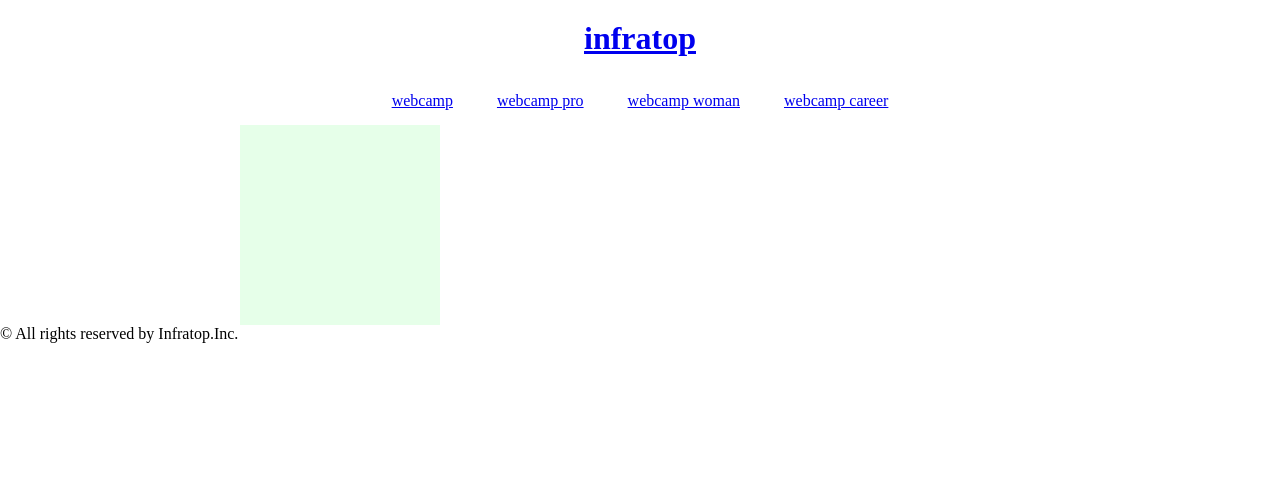
Repository: achoko3/Practice-problem
Page: chapter4/chapter4.html
The author's editor kept a record of every edit. The page is drawn from the files as they stood at one moment, then again after the next edit.
The browser window is 1280 px wide. The pictures show the whole page.

Above is the page before.

### chapter4/chapter4.html
<!DOCTYPE html>
<html lang="ja">
  <head>
    <meta charset="UTF-8" />
    <!-- CSSファイルの読み込み -->
    <link rel="stylesheet" href="chapter4.css" />
    <title>chapter4</title>
  </head>

  <body>
    <header>
      <h1><a href="http://infratop.jp/">infratop</a></h1>
    </header>
    <nav>
      <ul class="nav-list">
        <li class="nav-list-item">
         <a href="http://web-camp.io/" >webcamp</a>
        </li>
        <li class="nav-list-item">
          <a href="http://web-camp.io/pro/" >webcamp pro</a>
        </li>
        <li class="nav-list-item">
          <a href="http://web-camp.io/woman/" >webcamp woman</a>
        </li>
        <li class="nav-list-item">
          <a href="http://web-camp.io/career/" >webcamp career</a>
        </li>
      </ul>
    </nav>
    <!-- box1用のdiv -->

    <div class="main">
      <div class="box1"></div>
      <div class="box2"></div>
      <div class="box3"></div>
      <div class="box4"></div>
      <div class="box5"></div>
      <div class="box6"></div>
      <div class="box7"></div>
      <div class="box8"></div>
      <div class="box9"></div>
      <div class="box10"></div>
      <div class="box11"></div>
      <div class="box12"></div>
    </div>
    <footer>
      <p class="footer-text">© All rights reserved by Infratop.Inc.</p>
    </footer>

  </body>
</html>

### chapter4/chapter4.css
/* ブラウザがそれぞれ持っているCSSをリセットするための記述 */
*{
 margin: 0;
 padding: 0;
 box-sizing: border-box;
}

header{
  width:100%;
  padding:20px 0;
  margin:0 auto;
  text-align:center;
}


.nav-list{
  text-align:center;
  padding:15px 0;
  margin:0 auto;
}

.nav-list-item{
  list-style:none;
  display:inline-block;
  margin:0 20px;
}



.main{
  width:800px;
  display:flex;
  margin:0 auto;
  flex-wrap: wrap;
}

.box1{
  width:200px;
  height:200px;
  background-color:#e6ffe9;
}


footer{
  width:100%;
  height:120px;
}

After the next edit:
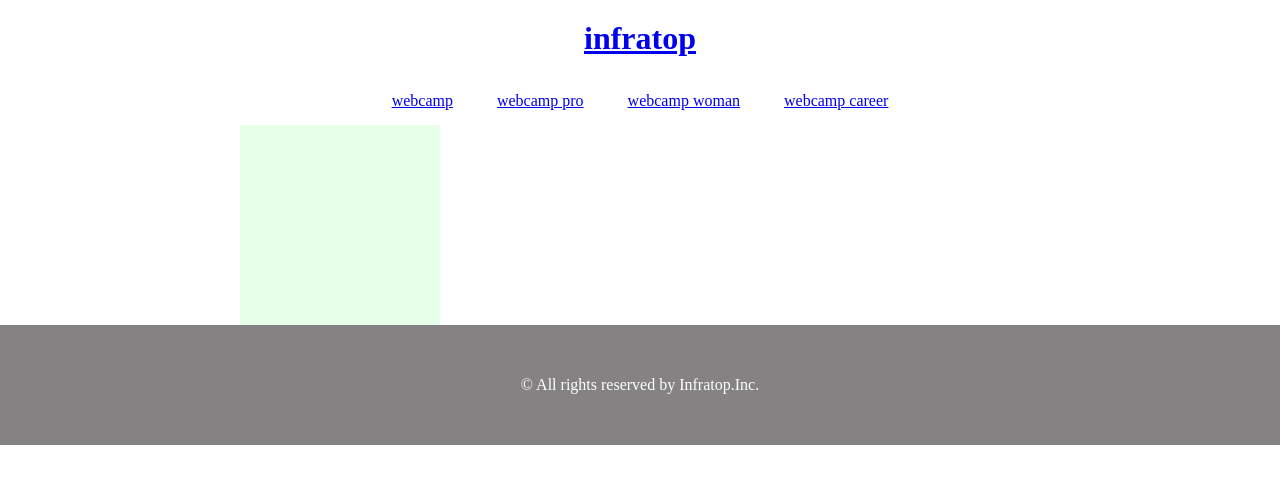
The edit:
--- a/chapter4/chapter4.css
+++ b/chapter4/chapter4.css
@@ -44,4 +44,11 @@
 footer{
   width:100%;
   height:120px;
+  text-align: center;
+  line-height: 120px;
+  background-color: #848282;
 }
+.footer-text {
+color: #fff;
+
+}
